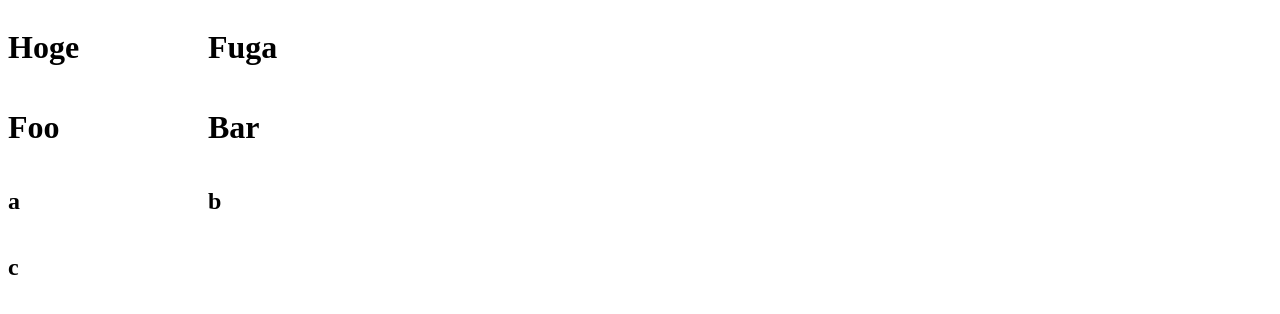
Repository: YN-program/samurai_HTML-CSS
Page: New Folder/Untitled1.html
The author's editor kept a record of every edit. The page is drawn from the files as they stood at one moment, then again after the next edit.
The browser window is 1280 px wide. The pictures show the whole page.

Above is the page before.

### New Folder/Untitled1.html
<html lang="ja">
    <head>
        <style>
            #grid {
                display: grid;
               grid-template-columns: 200px 200px;
            }
        </style>
    </head>
    <body>
        <div id="grid">
            <h1>Hoge</h1>
            <h1>Fuga</h1>
            <h1>Foo</h1>
            <h1>Bar</h1>
            <h2>a</h2>
            <h2>b</h2>
            <h2>c</h2>
        </div>
    </body>
</html>

After the next edit:
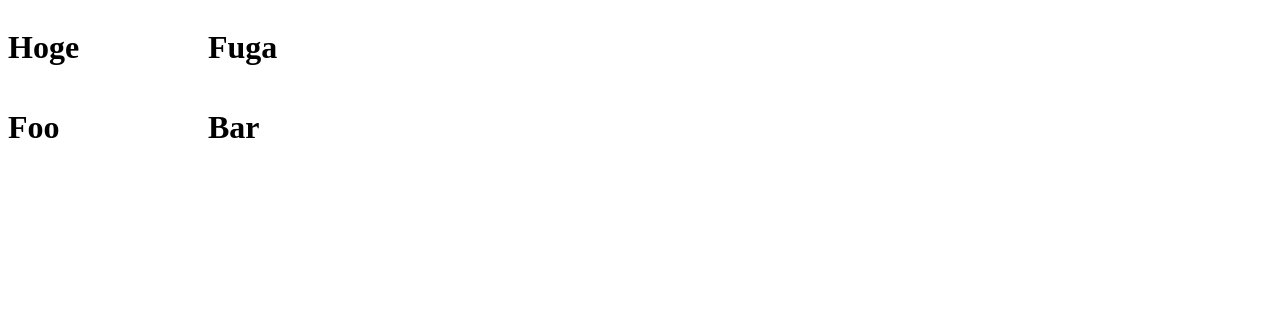
The edit:
--- a/New Folder/Untitled1.html
+++ b/New Folder/Untitled1.html
@@ -13,9 +13,6 @@
             <h1>Fuga</h1>
             <h1>Foo</h1>
             <h1>Bar</h1>
-            <h2>a</h2>
-            <h2>b</h2>
-            <h2>c</h2>
         </div>
     </body>
 </html>
